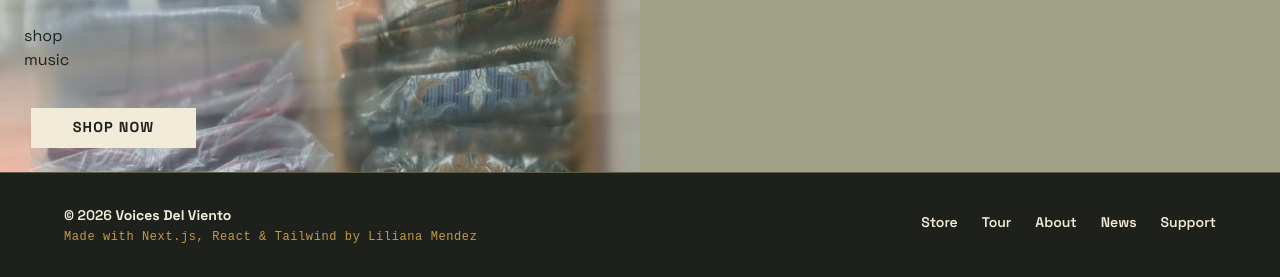
Repository: lime929/voices-del-viento
Page: /
These files come from the project's save history. The page is drawn as it stood at one moment and after the next save; the edit follows.
The browser window is 1280 px wide. The pictures show the part of the page from y = 601 to 1426 px (the page is 878 px tall before and 1426 px after).
The project was rebuilt for these pictures with package versions that can differ from the ones it lists, and the page was loaded fresh each time. The framework's server and built-in components were replaced by stand-ins that run in the browser. Also part of the build but not shown: next.config.mjs.

Above is the page before, as saved 2026-09-27 15:58:03.

After the next save:
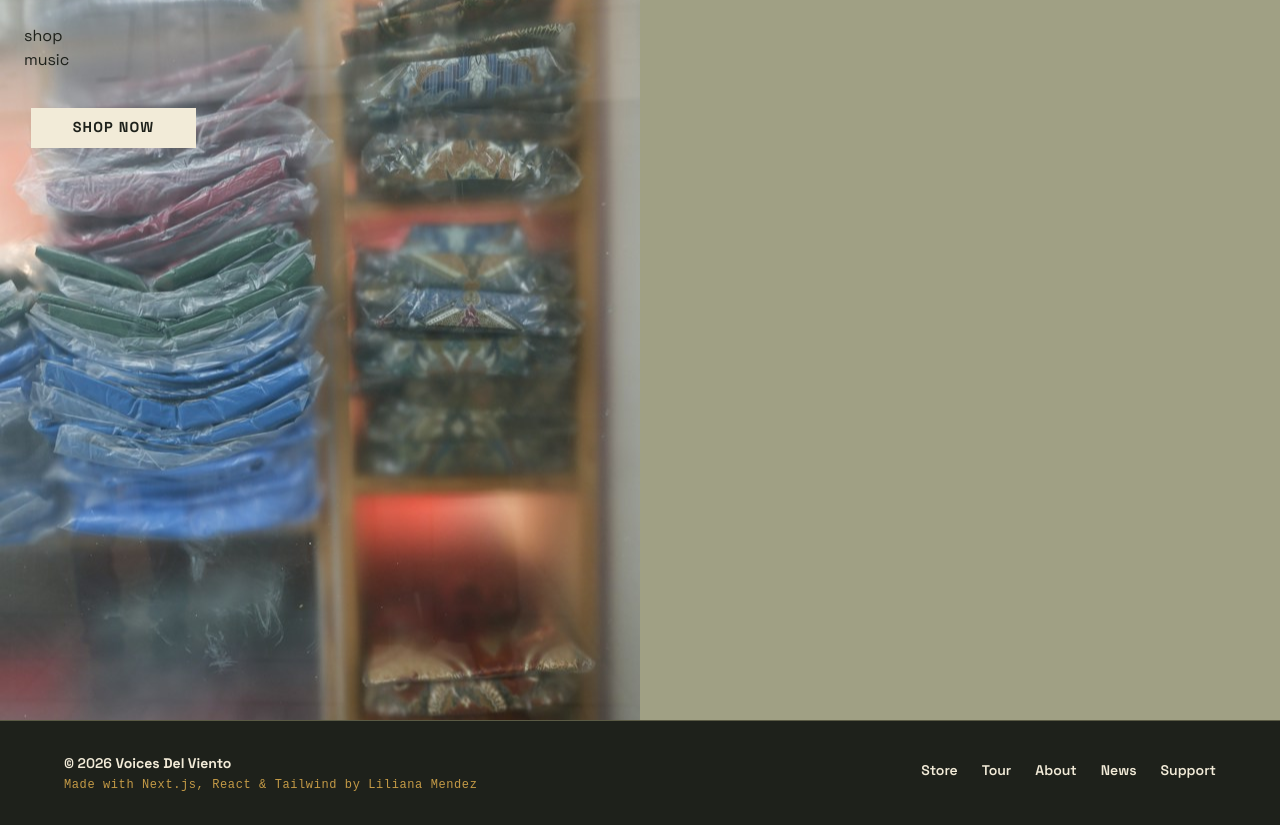
Saved 101 s later.
--- a/app/page.module.css
+++ b/app/page.module.css
@@ -100,19 +100,31 @@
 }
 
 /* shop grid */
-.shopGrid {
+/* .shopGrid {
     display: grid;
     grid-template-columns: repeat(2, minmax(0, 1fr));
 }
 .gridCard {
   display: flex;
-  /* min-height: 16rem; */
   flex-direction: column;
   padding: 1.5rem;
-  /* border-right: 1px solid var(--color-band-ink);
-  border-bottom: 1px solid var(--color-band-ink); */
-  /* background-color: var(--color-band-cream); */
   color: var(--color-band-ink);
   background-image: url('../public/images/home/merch.jpg');
   height: 100%;
+} */
+ .shopGrid {
+  display: grid;
+  grid-template-columns: repeat(2, minmax(0, 1fr));
+  min-height: 100vh;
 }
+
+.gridCard {
+  display: flex;
+  flex-direction: column;
+  padding: 1.5rem;
+  min-height: 100%;
+  color: var(--color-band-ink);
+  background-image: url("/images/home/merch.jpg");
+  background-size: cover;
+  background-position: center;
+}
